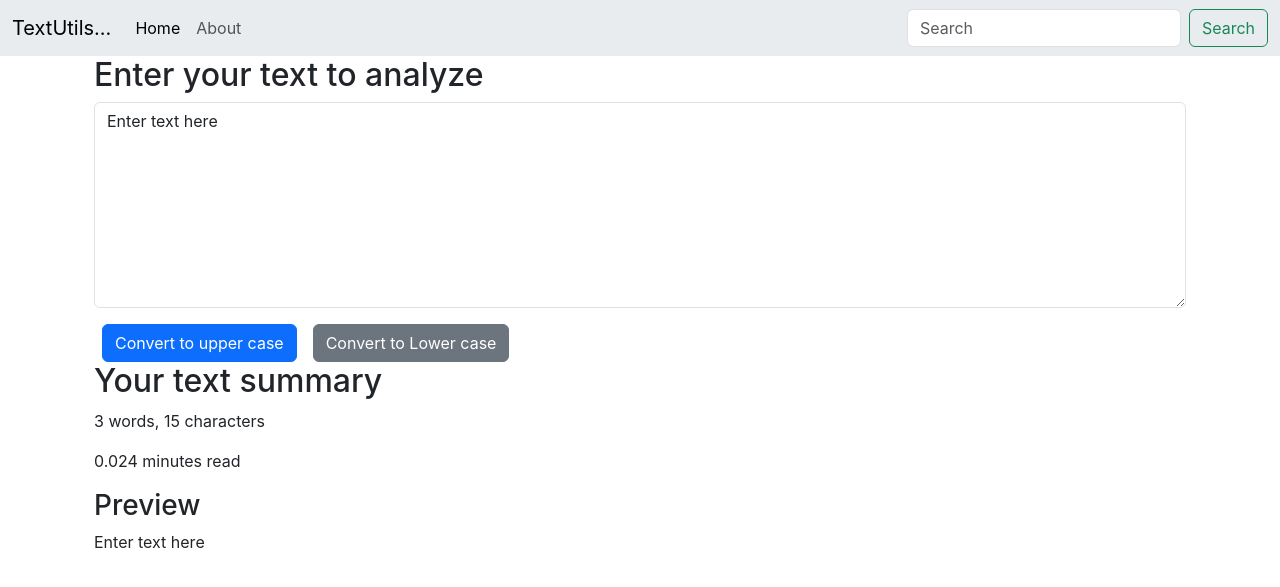
Repository: SujanNagaju/react-demo
Page: /
These files come from the project's save history. The page is drawn as it stood at one moment and after the next save; the edit follows.
The browser window is 1280 px wide. The pictures show the whole page.
The project was rebuilt for these pictures with package versions that can differ from the ones it lists, and the page was loaded fresh each time. Also part of the build but not shown: src/App.css.

Above is the page before, as saved 2024-12-29 14:14:41.

After the next save:
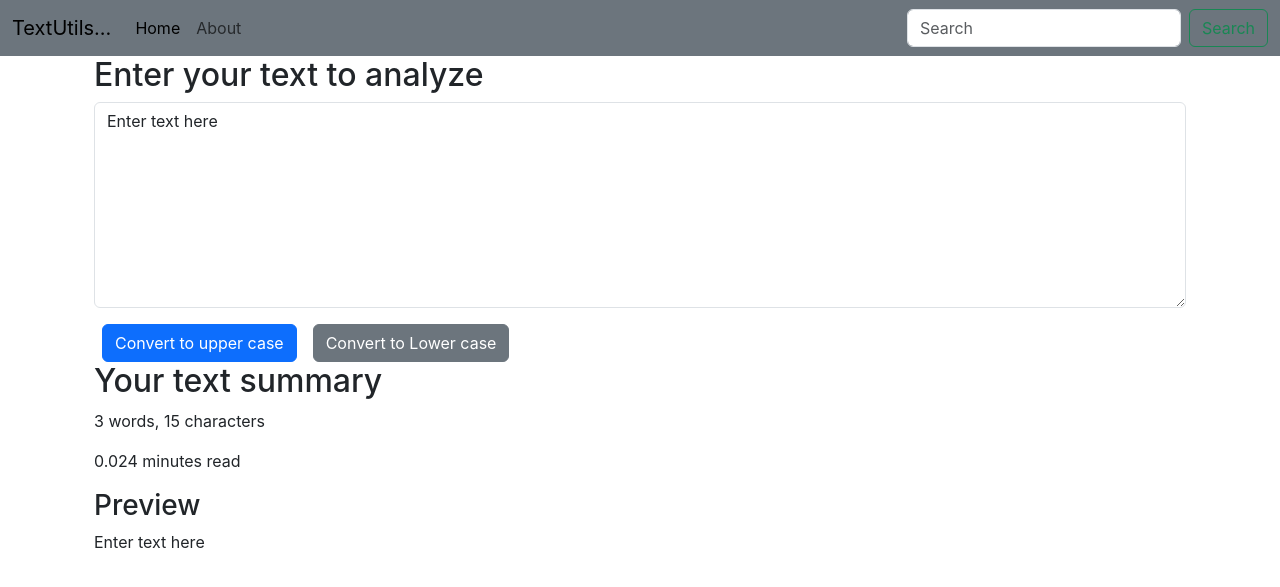
Saved 7 s later.
--- a/src/components/Navbar.js
+++ b/src/components/Navbar.js
@@ -4,7 +4,7 @@
 
 export default function Navbar({title="TextUtils", aboutText="About"}) {
   return (
-    <nav className="navbar navbar-expand-lg bg-body-secondary bg-secondary">
+    <nav className="navbar navbar-expand-lg bg-secondary">
         <div className="container-fluid">
             <a className="navbar-brand" href="/">{title}</a>
             <button className="navbar-toggler" type="button" data-bs-toggle="collapse" data-bs-target="#navbarSupportedContent" aria-controls="navbarSupportedContent" aria-expanded="false" aria-label="Toggle navigation">
